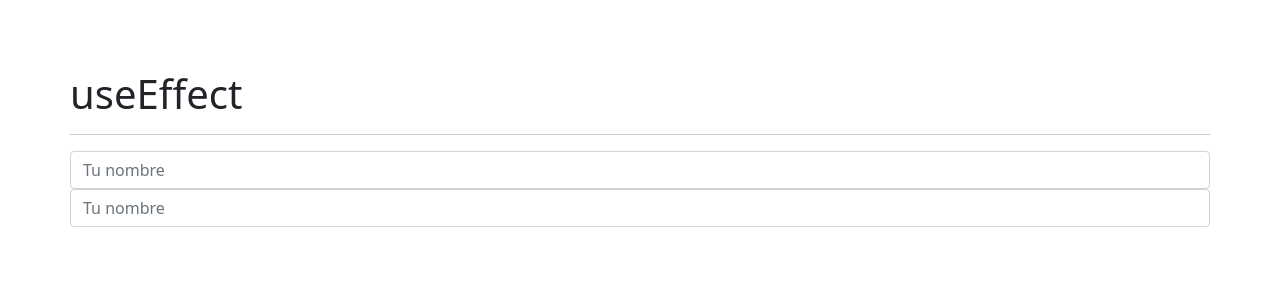
Repository: FlamesAlejandro/practicaReact
Page: /
These files come from the project's save history. The page is drawn as it stood at one moment and after a run of saves; the edit follows.
The browser window is 1280 px wide. The pictures show the whole page.
The project was rebuilt for these pictures with package versions that can differ from the ones it lists, and the page was loaded fresh each time.

Above is the page before, as saved 2021-05-25 10:12:00.

### public/index.html
<!DOCTYPE html>
<html lang="en">
  <head>
    <meta charset="utf-8" />
    <link rel="icon" href="%PUBLIC_URL%/favicon.ico" />
    <meta name="viewport" content="width=device-width, initial-scale=1" />
    <meta name="theme-color" content="#000000" />
    <meta
      name="description"
      content="Web site created using create-react-app"
    />

    <!--
      manifest.json provides metadata used when your web app is installed on a
      user's mobile device or desktop. See https://developers.google.com/web/fundamentals/web-app-manifest/
    -->
    <link rel="manifest" href="%PUBLIC_URL%/manifest.json" />
    <!--
      Notice the use of %PUBLIC_URL% in the tags above.
      It will be replaced with the URL of the `public` folder during the build.
      Only files inside the `public` folder can be referenced from the HTML.

      Unlike "/favicon.ico" or "favicon.ico", "%PUBLIC_URL%/favicon.ico" will
      work correctly both with client-side routing and a non-root public URL.
      Learn how to configure a non-root public URL by running `npm run build`.
    -->
       <!-- CSS only -->
<link href="https://cdn.jsdelivr.net/npm/bootstrap@5.0.1/dist/css/bootstrap.min.css" rel="stylesheet" integrity="sha384-+0n0xVW2eSR5OomGNYDnhzAbDsOXxcvSN1TPprVMTNDbiYZCxYbOOl7+AMvyTG2x" crossorigin="anonymous"></link>

    <title>Hooks App</title>
  </head>
  <body>
    <noscript>You need to enable JavaScript to run this app.</noscript>
    <div id="root"></div>
    <!--
      This HTML file is a template.
      If you open it directly in the browser, you will see an empty page.

      You can add webfonts, meta tags, or analytics to this file.
      The build step will place the bundled scripts into the <body> tag.

      To begin the development, run `npm start` or `yarn start`.
      To create a production bundle, use `npm run build` or `yarn build`.
    -->
  </body>
</html>

### src/index.js
import React from 'react';
import ReactDOM from 'react-dom';
import { SimpleForm } from './components/useEffect/simpleForm';
// import { CounterApp } from './components/01-useState/CounterApp';
// import { CounterWithCustomHook } from './components/01-useState/CounterWithCustomHook';
// import { HookApp } from './HookApp';

ReactDOM.render(

    <SimpleForm />,

  document.getElementById('root')
);

### src/components/useEffect/simpleForm.js
import React, { useEffect, useState } from 'react'
import './effect.css'

export const SimpleForm = () => {

    const [formState, setFormState] = useState({
        name: '',
        email: ''
    });

    const { name, email } = formState;

    useEffect( () => {

    }, []);

    const handleInputChange = (e) =>{

    };

    return (
        <>
            <h1>useEffect</h1>
            <hr />

            <div className="form-group">
                <input
                    type="text"
                    name="name"
                    className="form-control"
                    placeholder="Tu nombre"
                    autoComplete="off"
                    value={ name }
                    onChange={ handleInputChange }
                 />
            </div>

            <div className="form-group">
                <input
                    type="text"
                    name="email"
                    className="form-control"
                    placeholder="Tu nombre"
                    autoComplete="off"
                    value={ email }
                    onChange={ handleInputChange }
                 />
            </div>
        </>
    )
}

Loaded but not shown: src/components/useEffect/effect.css (common file)

After the next 2 saves:
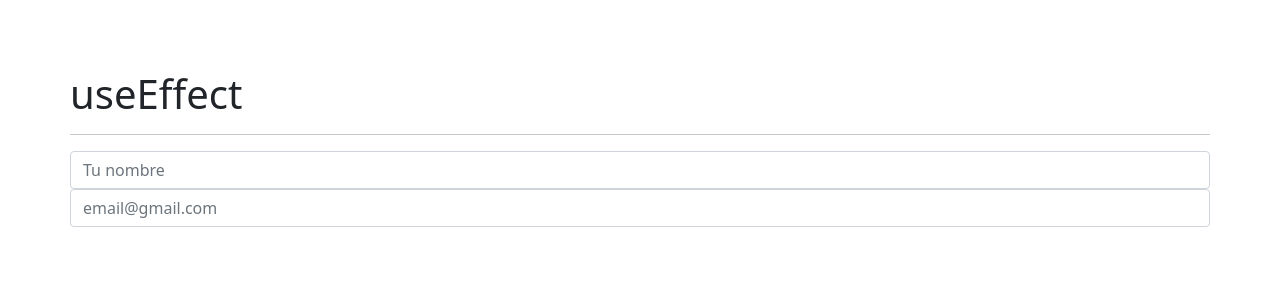
The 2 saves are shown as one change because they came seconds apart.
The last was saved 7 s later.
--- a/src/components/useEffect/simpleForm.js
+++ b/src/components/useEffect/simpleForm.js
@@ -40,7 +40,7 @@ export const SimpleForm = () => {
                     type="text"
                     name="email"
                     className="form-control"
-                    placeholder="Tu nombre"
+                    placeholder="email@gmail.com"
                     autoComplete="off"
                     value={ email }
                     onChange={ handleInputChange }
